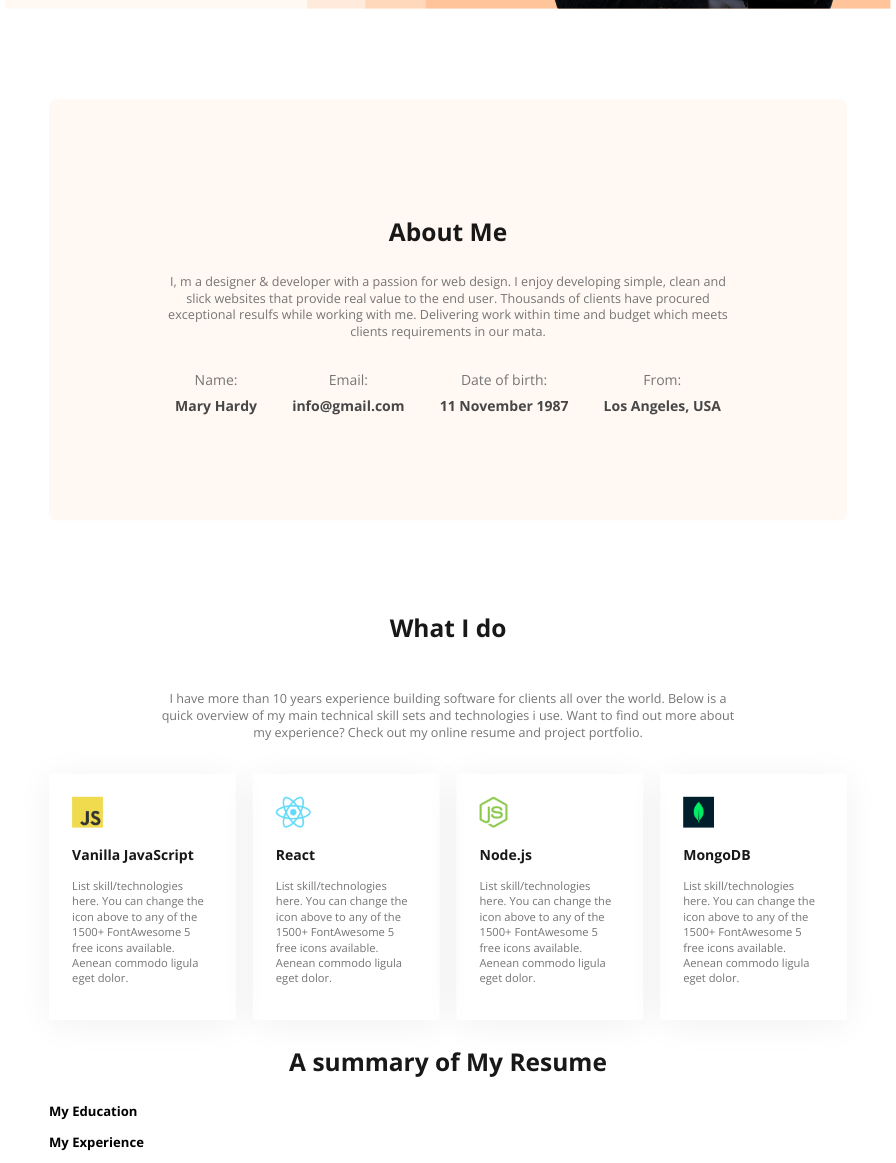
Repository: ShouravAhammed/Simple-Portfolio-Webpage
Page: index.html
The author's editor kept a copy of each file at every save. The page is drawn from the files as they stood at one save, then again after the next save.
The browser window is 1280 px wide. The pictures show the part of the page from y = 756 to 2676 px (the page is 2418 px tall before and 2676 px after), at 70% of full size.

Above is the page before, as saved 2024-01-06 02:47:42.

After the next save:
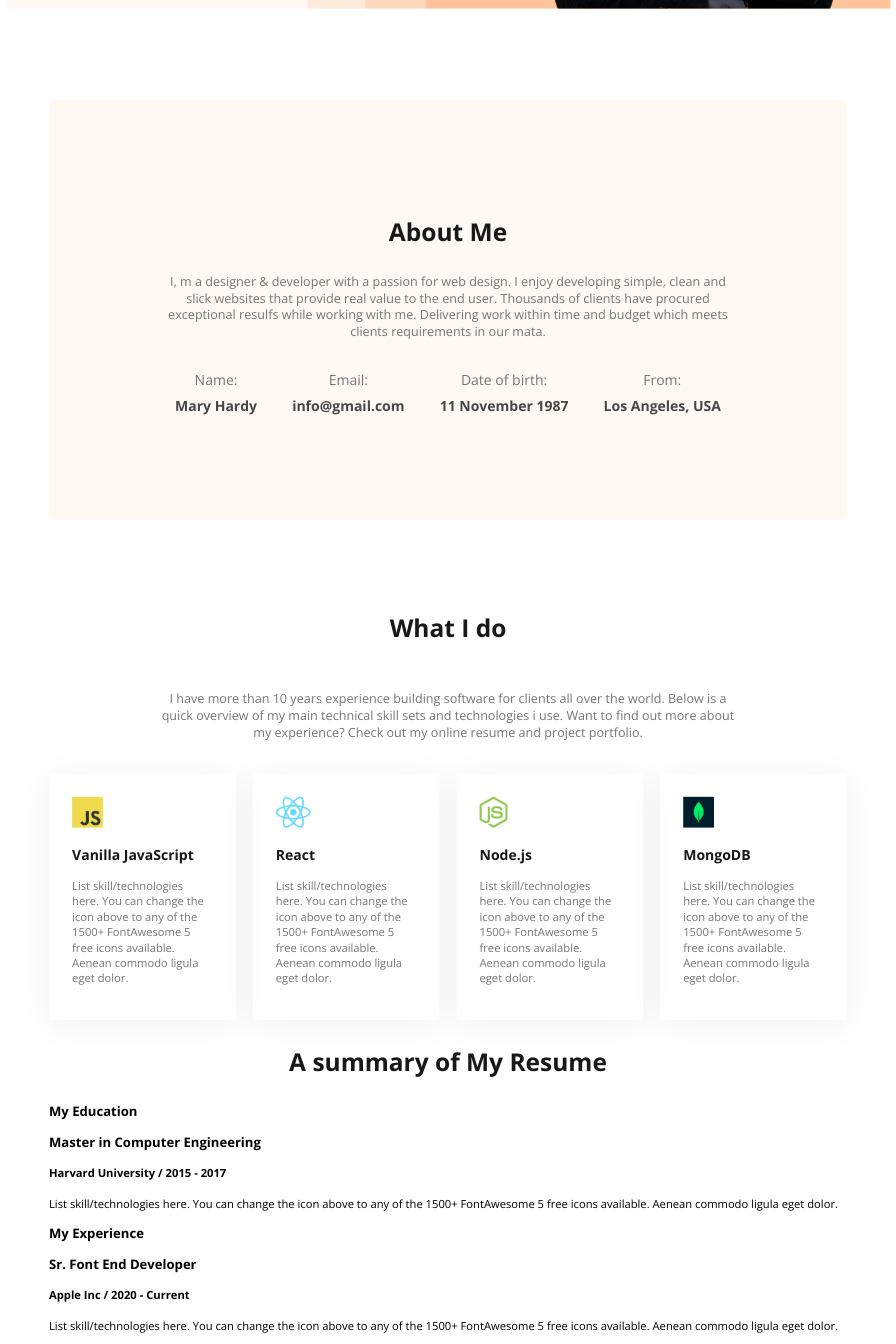
Saved 3 min 52 s later.
--- a/index.html
+++ b/index.html
@@ -83,11 +83,23 @@
             <div class="resume-container">
                 <div class="resume-colum">
                     <h3 class="resume-column-title">My Education</h3>
+                    <div class="resume-item">
+                        <h3>Master in Computer Engineering</h3>
+                        <h4>Harvard University / 2015 - 2017</h4>
+                        <p>List skill/technologies here. You can change the icon above
+                            to any of the 1500+ FontAwesome 5 free icons available. Aenean commodo ligula eget dolor.</p>
+                    </div>
                 </div>
             </div>
             <div class="resume-container">
                 <div class="resume-colum">
                     <h3 class="resume-column-title">My Experience</h3>
+                    <div class="resume-item">
+                        <h3>Sr. Font End Developer</h3>
+                        <h4>Apple Inc / 2020 - Current</h4>
+                        <p>List skill/technologies here. You can change the icon above
+                            to any of the 1500+ FontAwesome 5 free icons available. Aenean commodo ligula eget dolor.</p>
+                    </div>
                 </div>
             </div>
         </section>
